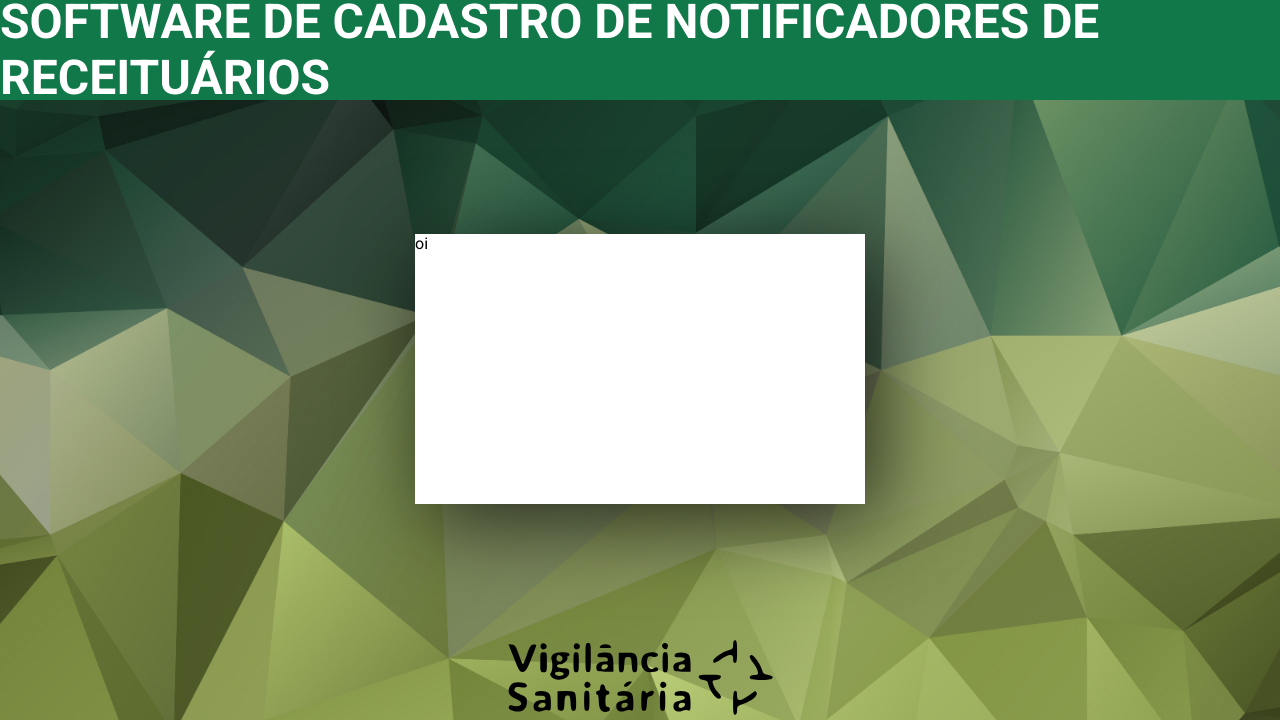
Repository: milena-rosa/web-prescription-notifier
Page: /
These files come from the project's save history. The page is drawn as it stood at one moment and after the next save; the edit follows.
The browser window is 1280 px wide. The pictures show the whole page.
The project was rebuilt for these pictures with package versions that can differ from the ones it lists, and the page was loaded fresh each time. Also part of the build but not shown: src/pages/Home/styles.ts, src/pages/Home/index.tsx.

Above is the page before, as saved 2021-11-06 22:32:00.

### public/index.html
<!DOCTYPE html>
<html lang="en">

<head>
  <meta charset="utf-8" />
  <link rel="preconnect" href="https://fonts.googleapis.com">
  <link rel="preconnect" href="https://fonts.gstatic.com" crossorigin>
  <link href="https://fonts.googleapis.com/css2?family=Roboto:wght@400;700&display=swap" rel="stylesheet">
  <!-- <link rel="icon" href="%PUBLIC_URL%/favicon.ico" /> -->
  <meta name="viewport" content="width=device-width, initial-scale=1" />
  <meta name="theme-color" content="#000000" />
  <title>Cadastro de Notificadores de Receituários</title>
</head>

<body>
  <noscript>You need to enable JavaScript to run this app.</noscript>
  <div id="root"></div>
</body>

</html>

### src/index.tsx
import React from 'react'
import ReactDOM from 'react-dom'

import { App } from './App'

ReactDOM.render(
  <React.StrictMode>
    <App />
  </React.StrictMode>,
  document.getElementById('root')
)

### src/App.tsx
import React from 'react'
import { BrowserRouter as Router } from 'react-router-dom'

import { GlobalStyle } from './styles/global'

import { Routes } from './routes'

export function App() {
  return (
    <Router>
      <Routes />
      <GlobalStyle />
    </Router>
  )
}

### src/styles/global.ts
import { createGlobalStyle } from 'styled-components'

export const GlobalStyle = createGlobalStyle`
  :root {
    --black: #000000;
    --gray: #b5b5b5;
    --white: #ffffff;

    --green-primary: #117849;
    --green-primary-70: rgba(17, 120, 73, 0.7);
    --green-primary-30: rgba(17, 120, 73, 0.3);
    --green-primary-5: rgba(17, 120, 73, 0.05);

    --light-green: #dbebe4;
    --brownish-green: #51665c;

    --red: #ff0000;
    --yellow: #f6ff8f;
  }

  * {
    box-sizing: border-box;
    margin: 0;
    padding: 0;
  }

  html {
    @media (max-width: 1080px) {
      font-size: 93.75%; // 15px
    }

    @media (max-width: 720px) {
      font-size: 87.5%; // 14px
    }
  }

  body {
    background: var(--white);
    color: var(--black);
    -webkit-font-smoothing: antialiased;
  }

  body, input, textarea, button, select {
    font-family: 'Roboto', sans-serif;
    font-weight: 400;
  }

  button {
    border: none;
    cursor: pointer;
  }

  .react-modal-overlay {
    align-items: center;
    background: rgba(0, 0, 0, 0.5);
    bottom: 0;
    display: flex;
    justify-content: center;
    left: 0;
    position: fixed;
    right: 0;
    top: 0;
    z-index: 11;
  }

  .react-modal-content {
    background: var(--white);
    border-radius: 0.25rem;
    min-height: 2.4rem;
    max-width: 41rem;
    position: relative;
    z-index: 12;
  }

  .react-modal-close {
    background: transparent;
    border: 0;
    position: absolute;
    right: 1rem;
    top: 1rem;
    transition: filter 0.2s;

    &:hover {
      filter: brightness(0.8);
    }
  }
`

### src/routes/index.tsx
import React from 'react'
import { Switch } from 'react-router-dom'

import { Home } from '../pages/Home'
import { SignIn } from '../pages/SignIn'
import { Route } from './Route'

// import { useAuth } from '../hooks/useAuth'

export function Routes() {
  // const { loading } = useAuth()

  // if (loading) {
  //   return <h1>Abrindo...</h1>
  // }

  return (
    <Switch>
      <Route path="/" exact component={SignIn} />
      <Route path="/home" exact component={Home} isPrivate />
    </Switch>
  )
}

### src/pages/SignIn/index.tsx
import React from 'react'

import { Container } from './styles'

import logo from '../../assets/logo.svg'

export const SignIn: React.FC = () => {
  return (
    <Container>
      <header>Software de Cadastro de Notificadores de Receituários</header>
      <div>oi</div>
      <footer>
        <img src={logo} alt="Vigilância Sanitária" />
      </footer>
    </Container>
  )
}

### src/routes/Route.tsx
import React, { ComponentType } from 'react'
import { RouteProps as ReactDOMRouteProps, Route as ReactDOMRoute, Redirect } from 'react-router-dom'

interface IRouteProps extends ReactDOMRouteProps {
  isPrivate?: boolean
  component: ComponentType
}

export function Route({ isPrivate = false, component: Component, ...rest }: IRouteProps) {
  const isSigned = false

  return (
    <ReactDOMRoute
      {...rest}
      render={({ location }) =>
        (isPrivate && isSigned) || (!isPrivate && !isSigned) ? (
          <Component />
        ) : (
          <Redirect
            to={{
              pathname: isPrivate ? '/' : '/home',
              state: { from: location }
            }}
          />
        )
      }
    />
  )
}

### src/pages/SignIn/styles.ts
import styled from 'styled-components'
import backgroundImg from '../../assets/background.png'

export const Container = styled.div`
  align-items: center;
  background: url(${backgroundImg}) no-repeat center center fixed;
  background-size: cover;
  bottom: 0;
  display: flex;
  flex-direction: column;
  justify-content: space-between;
  left: 0;
  position: fixed;
  right: 0;
  top: 0;
  z-index: 11;

  header {
    align-items: center;
    background: var(--green-primary);
    color: var(--white);
    display: flex;
    font-weight: bold;
    font-size: 3rem;
    height: 6.25rem;
    justify-content: center;
    line-height: 3.5rem;
    text-transform: uppercase;
    width: 100%;
  }

  > div {
    background-color: var(--white);
    filter: drop-shadow(15px 15px 42px rgba(0, 0, 0, 0.7));
    height: 16.875rem;
    width: 28.125rem;
  }
`

After the next save:
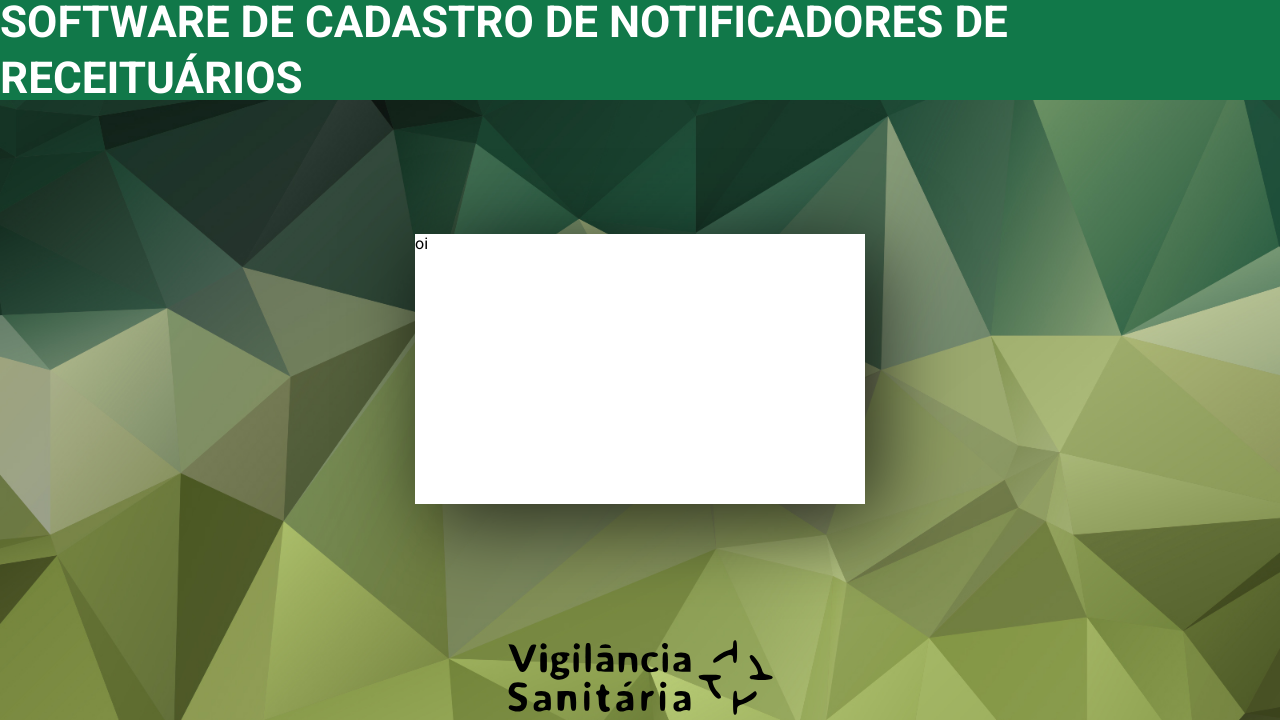
Saved 10 s later.
--- a/src/pages/SignIn/styles.ts
+++ b/src/pages/SignIn/styles.ts
@@ -21,7 +21,7 @@
     color: var(--white);
     display: flex;
     font-weight: bold;
-    font-size: 3rem;
+    font-size: 2.75rem;
     height: 6.25rem;
     justify-content: center;
     line-height: 3.5rem;
